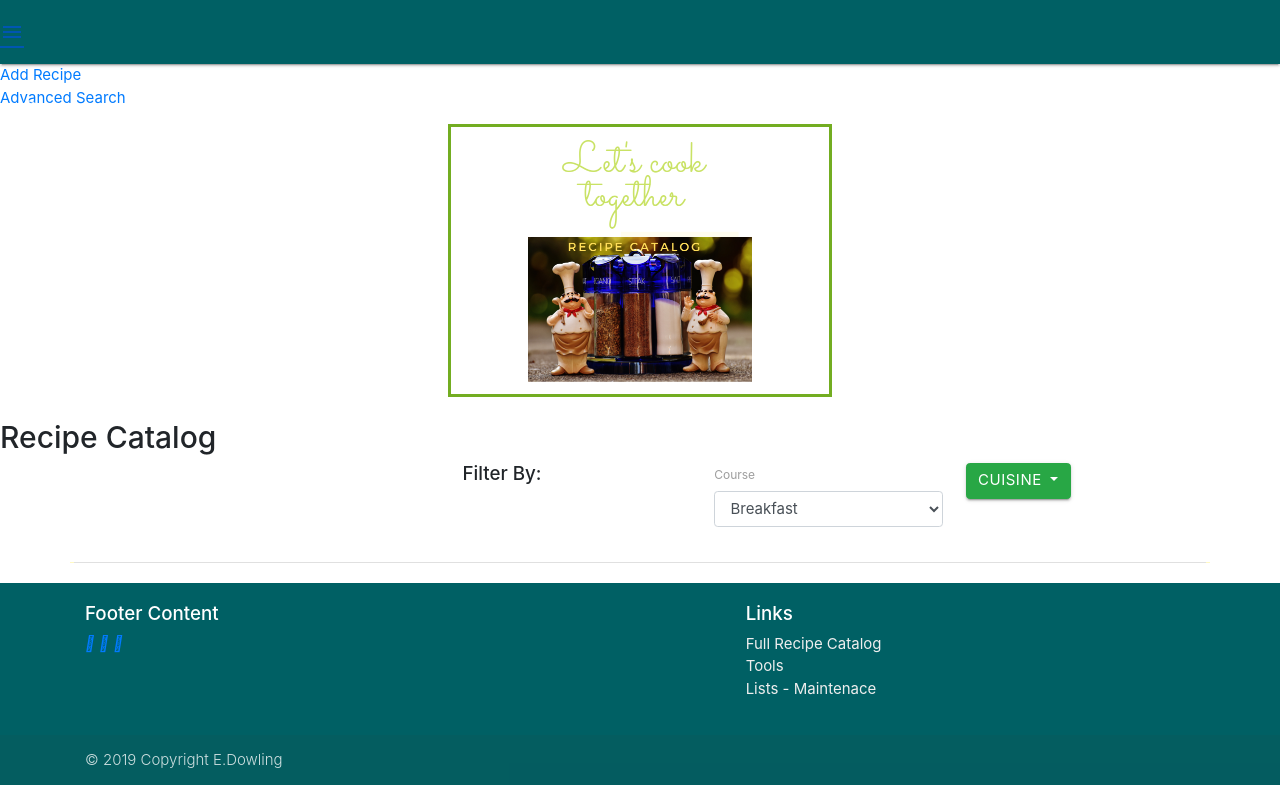
Repository: eldowling/lets-cook-together
Page: http://localhost/get_catalog?course=breakfast
The author's editor kept a record of every edit. The page is drawn from the files as they stood at one moment, then again after the next edit.
The browser window is 1280 px wide. The pictures show the whole page.
Some web libraries are served in a nearby version. The page is served by the project's application, run on Flask 3 (app.py). Queries for data that is not in the repository find no rows.

Above is the page before.
Console error: TypeError: $(...).collapsible is not a function

### templates/catalog.html
{% extends 'base.html'%} {% block content %}
<h2>Recipe Catalog</h2>
<div class="container">
  <div class="row">
    <div class="col s2 offset-s4">
      <h5>Filter By:</h5>
    </div>
    <div class="col s3">
      <div class="form-group">
        <label for="selectCourse">Course</label>
        <select class="form-control" id="selectCourse">
          <option>Breakfast</option>
          <option>Lunch</option>
          <option>Soup</option>
          <option>Main</option>
          <option>Dessert</option>
        </select>
      </div>
    </div>
    <div class="col s3">
      <div class="btn-group">
        <button type="button" class="btn btn-success dropdown-toggle" data-toggle="dropdown" aria-haspopup="true" aria-expanded="false">
          Cuisine
        </button>
        <div class="dropdown-menu">
          <a class="dropdown-item" href="#">Americian</a>
          <a class="dropdown-item" href="#">Chinese</a>
          <a class="dropdown-item" href="#">English</a>
          <a class="dropdown-item" href="#">French</a>
          <a class="dropdown-item" href="#">Italian</a>
          <a class="dropdown-item" href="#">Mexican</a>
        </div>
      </div>
    </div>
  </div>
</div>

<div class="container yellow lighten-4">
  <div class = "row">
    <div class="col s12 divider"></div>
  </div>
  <div>

    {% for group in recipes|groupby('course') %}
      <h2>{{ group.grouper }}</h2>
      <div class = "row">
        <div class="col s12 divider"></div>
      </div>
      {% for recipe in group.list %}
      <div class = "row">
        <div class="col s12">
          <h5>{{ recipe.title }}</h5>
        </div>
      </div>
      <div class="row">
      <div class="col s6 offset-s2">
        {{recipe.description}}
      </div>
      <div class="col s3">
        <strong>Rating: </strong> {{recipe.rating}}
      </div>
    </div>
      {% endfor %}
      </ul>
      </li>
      {% endfor %}
      </ul>
</div>
</div>

{% endblock %}

### templates/base.html
<!DOCTYPE html>
<html>

<head>
    <link href="https://fonts.googleapis.com/icon?family=Material+Icons" rel="stylesheet">
    <link rel="stylesheet" href="https://cdnjs.cloudflare.com/ajax/libs/materialize/0.100.2/css/materialize.min.css">
    <link rel="stylesheet" href="https://maxcdn.bootstrapcdn.com/bootstrap/4.0.0/css/bootstrap.min.css" integrity="sha384-Gn5384xqQ1aoWXA+058RXPxPg6fy4IWvTNh0E263XmFcJlSAwiGgFAW/dAiS6JXm" crossorigin="anonymous">
    <link rel="stylesheet" href="https://cdnjs.cloudflare.com/ajax/libs/font-awesome/4.7.0/css/font-awesome.min.css">
    <link rel="stylesheet" href="{{ url_for('static', filename='css/style.css') }}" type="text/css" />
</head>

<body>
    <header>
        <!-- Dropdown Structure -->
        <ul id="dropdown1" class="dropdown-content">
            <li><a href="#!">one</a></li>
            <li><a href="#!">two</a></li>
            <li class="divider"></li>
            <li><a href="#!">three</a></li>
        </ul>

        <nav>
            <div class="nav-wrapper cyan darken-4">

                <form>
                    <a href="#" data-target="mobile-demo" class="sidenav-trigger"><i class="material-icons">menu</i></a>
                    <div class="input-field inline ">
                        <input id="search" type="search" required>
                        <label class="label-icon" for="search"><i class="material-icons">search</i></label>
                        <i class="material-icons">close</i>
                    </div>
                    <ul id="nav-mobile" class="right hide-on-med-and-down">
                        <li><a href="addedit-recipe.html">Add Recipe</a></li>
                        <li><a class="dropdown-trigger" href="#!" data-target="dropdown1">Advanced Search<i class="material-icons right">arrow_drop_down</i></a></li>
                    </ul>

                </form>

            </div>
        </nav>

        <ul class="sidenav" id="mobile-demo">
            <li><a href="addedit-recipe.html">Add Recipe</a></li>
            <li><a href="badges.html">Advanced Search</a></li>
        </ul>


    </header>

    <div class="center">
            <img class="main-img" src="static/images/lets-cook-logo.png"></img>
    </div>
    <div> <BR> </div>

        {% block content %} {% endblock %}


    <footer class="page-footer cyan darken-4">
        <div class="container">
            <div class="row">
                <div class="col l6 s12">
                    <h5 class="white-text">Footer Content</h5>

                    <span class="grey-text text-lighten-4 ">
                        <a href="facebook.html"><i class="fab fa-facebook-square"></i></a>
                        <a href="twitter.html"><i class="fab fa-twitter-square"></i></a>
                        <a href="instagram.html"><i class="fab fa-instagram"></i></a>
                    </span>
                </div>
                <div class="col l4 offset-l2 s12">
                    <h5 class="white-text">Links</h5>
                    <ul>
                        <li><a class="grey-text text-lighten-3" href="{{url_for('get_catalog')}}">Full Recipe Catalog</a></li>
                        <li><a class="grey-text text-lighten-3" href="tools.html">Tools</a></li>
                        <li><a class="grey-text text-lighten-3" href="maintenance.html">Lists - Maintenace</a></li>
                    </ul>
                </div>
            </div>
        </div>
        <div class="footer-copyright">
            <div class="container">
                © 2019 Copyright E.Dowling
            </div>
        </div>
    </footer>

    <script src="https://cdnjs.cloudflare.com/ajax/libs/jquery/3.2.1/jquery.min.js"></script>
    <script src="https://cdnjs.cloudflare.com/ajax/libs/materialize/0.100.2/js/materialize.min.js"></script>
    <script src="https://code.jquery.com/jquery-3.2.1.slim.min.js" integrity="sha384-KJ3o2DKtIkvYIK3UENzmM7KCkRr/rE9/Qpg6aAZGJwFDMVNA/GpGFF93hXpG5KkN" crossorigin="anonymous"></script>
    <script src="https://cdnjs.cloudflare.com/ajax/libs/popper.js/1.12.9/umd/popper.min.js" integrity="sha384-ApNbgh9B+Y1QKtv3Rn7W3mgPxhU9K/ScQsAP7hUibX39j7fakFPskvXusvfa0b4Q" crossorigin="anonymous"></script>
    <script src="https://maxcdn.bootstrapcdn.com/bootstrap/4.0.0/js/bootstrap.min.js" integrity="sha384-JZR6Spejh4U02d8jOt6vLEHfe/JQGiRRSQQxSfFWpi1MquVdAyjUar5+76PVCmYl" crossorigin="anonymous"></script>
    <script type="text/javascript">
        $(document).ready(function() {
            $('.collapsible').collapsible();
            $('select').material_select();
            $(".button-collapse").sideNav();
            $(".dropdown-trigger").dropdown();
            $('.sidenav').sidenav();
            $('.dropdown-toggle').dropdown();
        });



    </script>
</body>
</html>

### app.py
import os
from flask import Flask, render_template, redirect, request, url_for
from flask_pymongo import PyMongo
from bson.objectid import ObjectId

app = Flask(__name__)
app.config["MONGO_DBNAME"] = 'recipie_catalog'
app.config["MONGO_URI"] = 'mongodb+srv://root:r00tUser@myfirstcluster-pwjgy.mongodb.net/recipie_catalog?retryWrites=true&w=majority'
#app.config["MONGO_URI"] = os.getenv('MONGO_URI', 'mongodb://localhost')

mongo = PyMongo(app)


@app.route('/')
@app.route('/get_catalog')
def get_catalog():
    return render_template("catalog.html", recipes=mongo.db.recipes.find())


if __name__ == '__main__':
    app.run(host=os.environ.get('IP'),
            port=int(os.environ.get('PORT')),
            debug=True)

### static/css/style.css
.main-img {
  display: inline-block;
  vertical-align: middle;
  max-height: auto;
  max-width: 230px;
}

.center {
  margin: auto;
  min-width: 250px;
  width: 30%;
  border: 3px solid #73AD21;
  padding: 10px;
}

After the next edit:
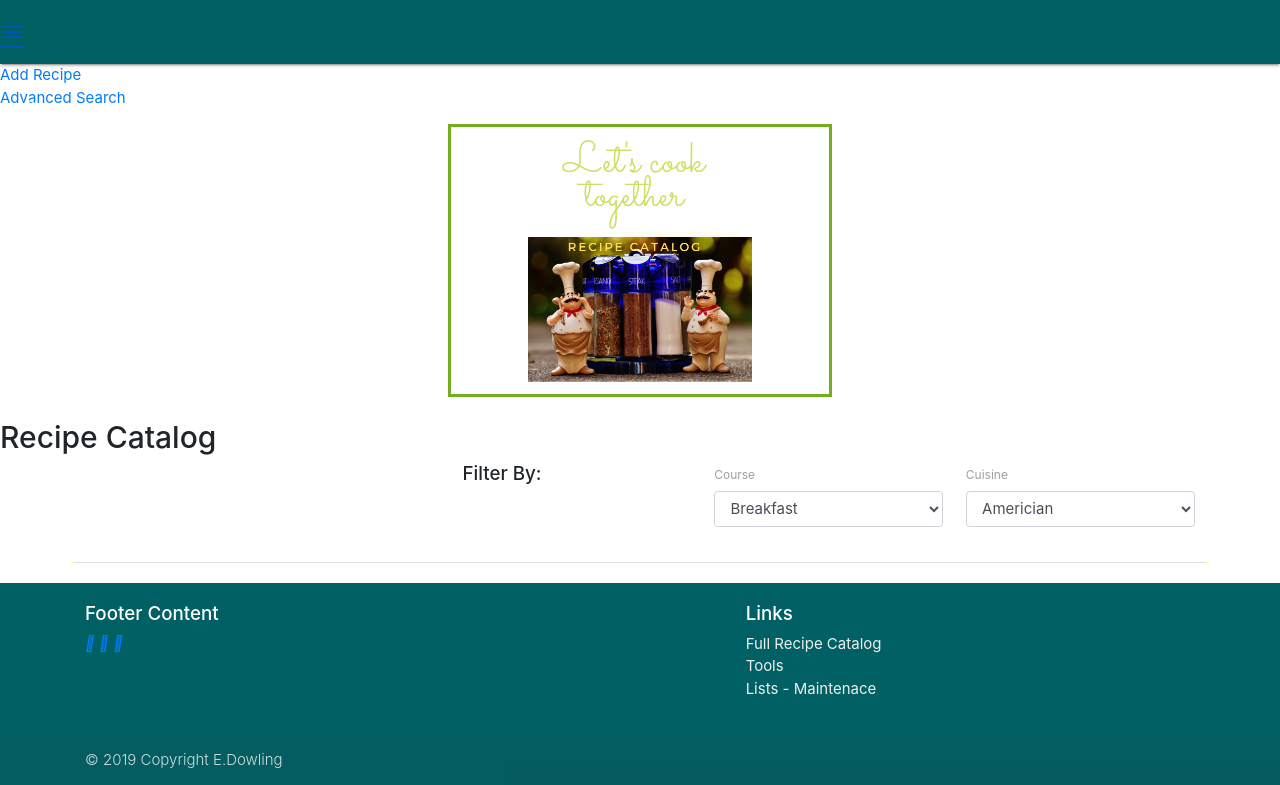
The edit:
--- a/templates/catalog.html
+++ b/templates/catalog.html
@@ -18,10 +18,17 @@
       </div>
     </div>
     <div class="col s3">
-      <div class="btn-group">
-        <button type="button" class="btn btn-success dropdown-toggle" data-toggle="dropdown" aria-haspopup="true" aria-expanded="false">
-          Cuisine
-        </button>
+      <div class="form-group">
+        <label for="selectCuisine">Cuisine</label>
+        <select class="form-control" id="selectCuisine">
+          <option>Americian</option>
+          <option>Chinese</option>
+          <option>English</option>
+          <option>French</option>
+          <option>Italian</option>
+          <option>Mexican</option>
+        </select>
+      </div>
         <div class="dropdown-menu">
           <a class="dropdown-item" href="#">Americian</a>
           <a class="dropdown-item" href="#">Chinese</a>
